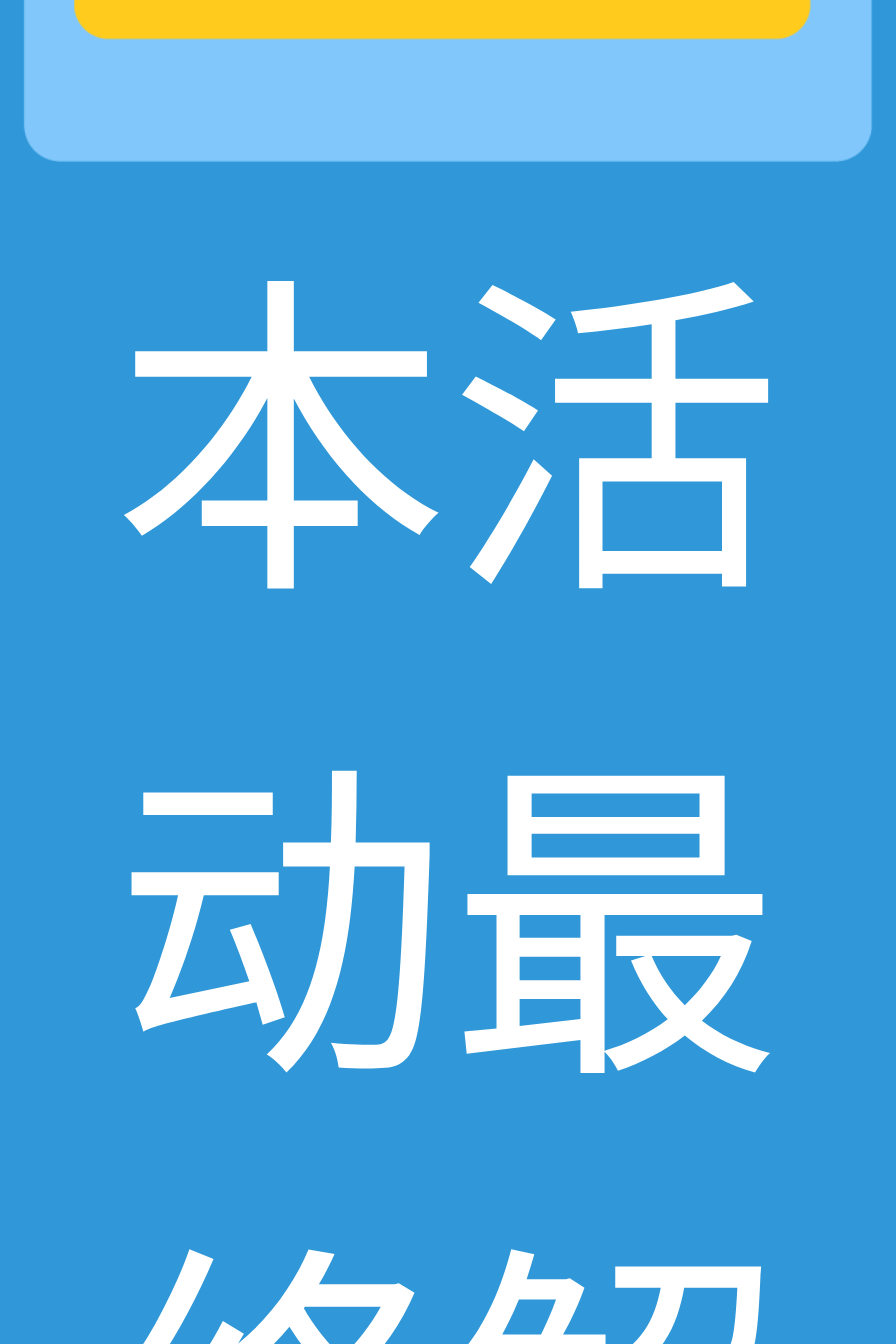
Repository: my-name-jun/enforceTraining
Page: zqtjfl/index.html
These files come from the project's save history. The page is drawn as it stood at one moment and after the next save; the edit follows.
The browser window is 1280 px wide. The pictures show the part of the page from y = 2319 to 4239 px (the page is 8829 px tall before and 2608 px after), at 70% of full size.
The page's requests for data from a server got no answer.

Above is the page before, as saved 2018-09-19 14:15:54.

### zqtjfl/index.html
<!DOCTYPE html>
<html lang="en">

<head>
    <meta name="viewport" content="width=device-width, initial-scale=1.0, minimum-scale=1.0, maximum-scale=1.0, user-scalable=no">
    <meta name="format-detection" content="telephone=no" />
    <meta name="apple-mobile-web-app-capable" content="yes" />
    <meta name="apple-mobile-web-app-status-bar-style" content="black" />
    <meta http-equiv="Content-Type" content="text/html; charset=UTF-8">
    <meta charset="UTF-8">
    <title>中秋体检福利</title>
    <link rel="stylesheet" href="./css/index.css" />
    <script type="text/javascript">
        document.documentElement.style.fontSize = document.documentElement.clientWidth / 375*100 + 'px';
        console.log(document.documentElement.clientWidth / 375*100 + 'px')
    </script>

</head>

<body>

    <div class="main_container">

    </div>
    <div class="footer">本活动最终解释权归招商仁和人寿所有</div>

</body>
<script src="./js/jquery.min.js"></script>
<script src="./js/index.js"></script>

</html>

### zqtjfl/css/index.css
body{
    margin: 0;
    padding: 0;
    background: #3098d8;
    padding:2.67%;
}
*{
    box-sizing: border-box;
}
.main_container{
    width: 100%;
    height: 0;
    background: url("../images/midautumn-12.png") no-repeat;
    background-size: 100% auto;
    padding-bottom: 209%;
}
.footer{
    color: #ffffff;
    font-size: 1.4rem;
    text-align: center;
}

### zqtjfl/js/index.js
$(document).ready(function(){


    var img_content_width = $("#banner_container a").outerWidth();
    var img_num = $("#banner_container a").length;
    var banner_content_width = img_content_width * img_num +20;
    if(img_num<2){
    }else{
        $('#banner_container').css("width",banner_content_width + "px");
    }

    function getActivityInfo() {
        $.ajax({
            //提交数据的类型 POST GET
            type: "GET",
            //提交的网址
            url: "/service/gdApp/getActivityInfo",
            //提交的数据
            headers: { 'Content-Type': 'application/x-www-form-urlencoded' },
            //在请求之前调用的函数
            beforeSend: function () {  },
            //成功返回之后调用的函数
            success: function (data) {
                if(data.statusCode == 1){
                    $('#lastNum').text(data.data.lastNumber);
                }
            },
            //调用执行后调用的函数
            complete: function (XMLHttpRequest, textStatus) {
            },
            //调用出错执行的函数
            error: function () {
                //请求出错处理
            }
        });
    }
    getActivityInfo();
});

Loaded but not shown: zqtjfl/js/jquery.min.js (library)

After the next save:
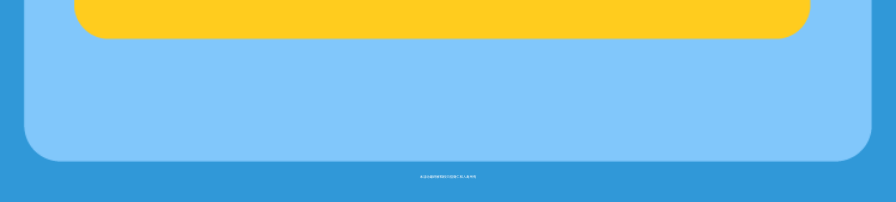
Saved 11 s later.
--- a/zqtjfl/index.html
+++ b/zqtjfl/index.html
@@ -11,7 +11,7 @@
     <title>中秋体检福利</title>
     <link rel="stylesheet" href="./css/index.css" />
     <script type="text/javascript">
-        document.documentElement.style.fontSize = document.documentElement.clientWidth / 375*100 + 'px';
+        document.documentElement.style.fontSize = document.documentElement.clientWidth / 375 + 'px';
         console.log(document.documentElement.clientWidth / 375*100 + 'px')
     </script>
 
